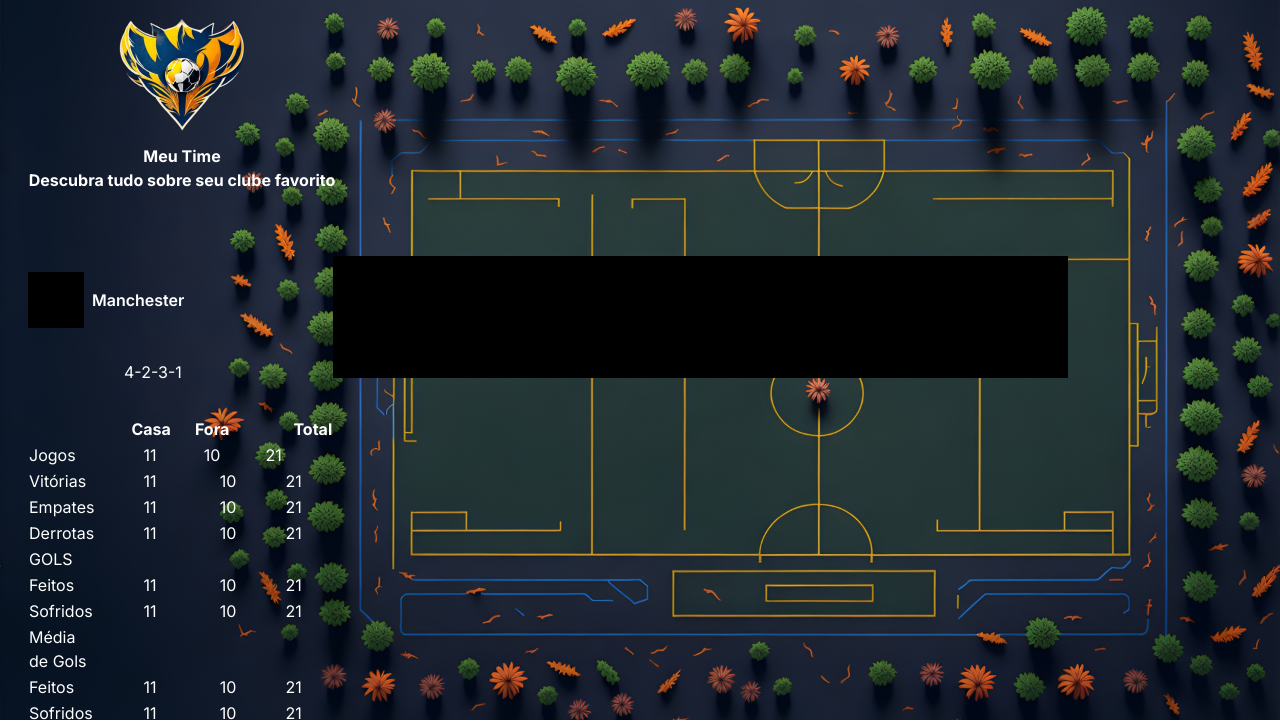
Repository: LuizAGDomingues/MeuTimeApp
Page: /statistics
The author's editor kept a copy of each file at every save. The page is drawn from the files as they stood at one save, then again after the next save.
The browser window is 1280 px wide. The pictures show the whole page.
The project was rebuilt for these pictures with package versions that can differ from the ones it lists, and the page was loaded fresh each time. The framework's server and built-in components were replaced by stand-ins that run in the browser. Also part of the build but not shown: next.config.js.

Above is the page before, as saved 2023-05-26 14:20:11.

After the next save:
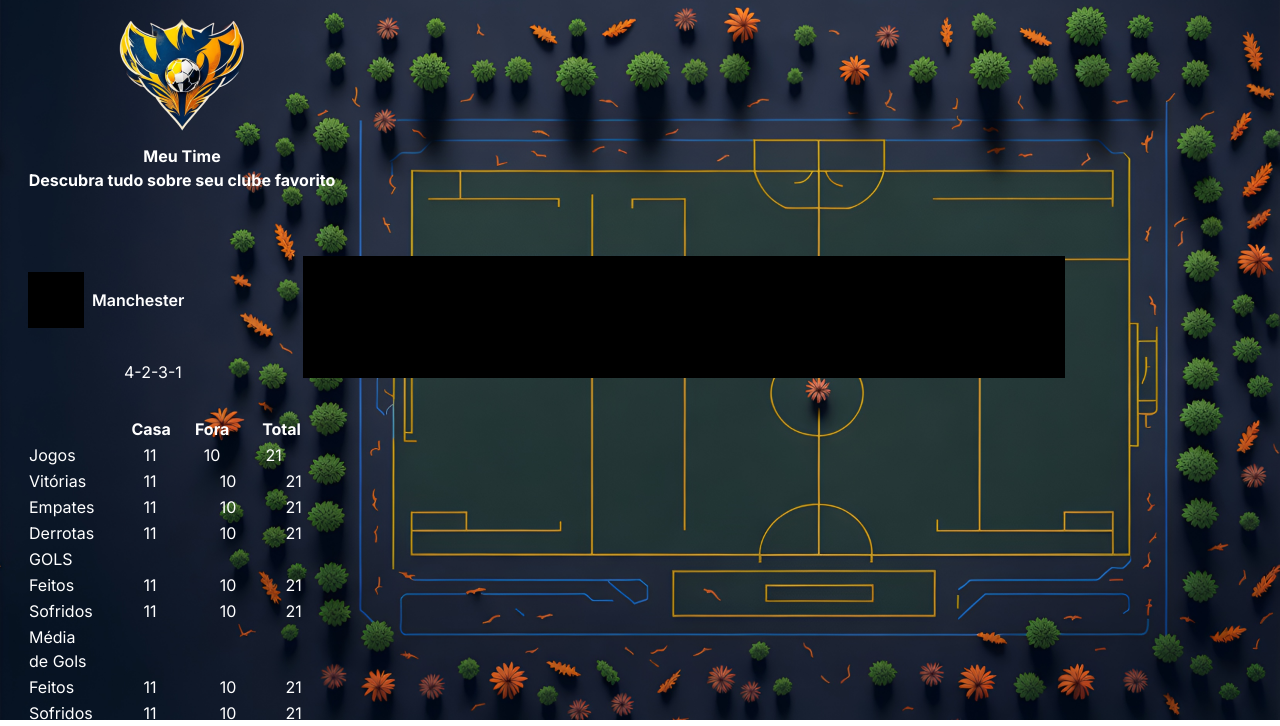
Saved 12 s later.
--- a/src/app/statistics/page.tsx
+++ b/src/app/statistics/page.tsx
@@ -66,7 +66,7 @@ function page() {
                 <th></th>
                 <th className="text-center pl-9">Casa</th>
                 <th className="text-center pl-4">Fora</th>
-                <th className="text-center pl-14">Total</th>
+                <th className="text-center pl-6">Total</th>
               </tr>
             </thead>
             <tbody>
